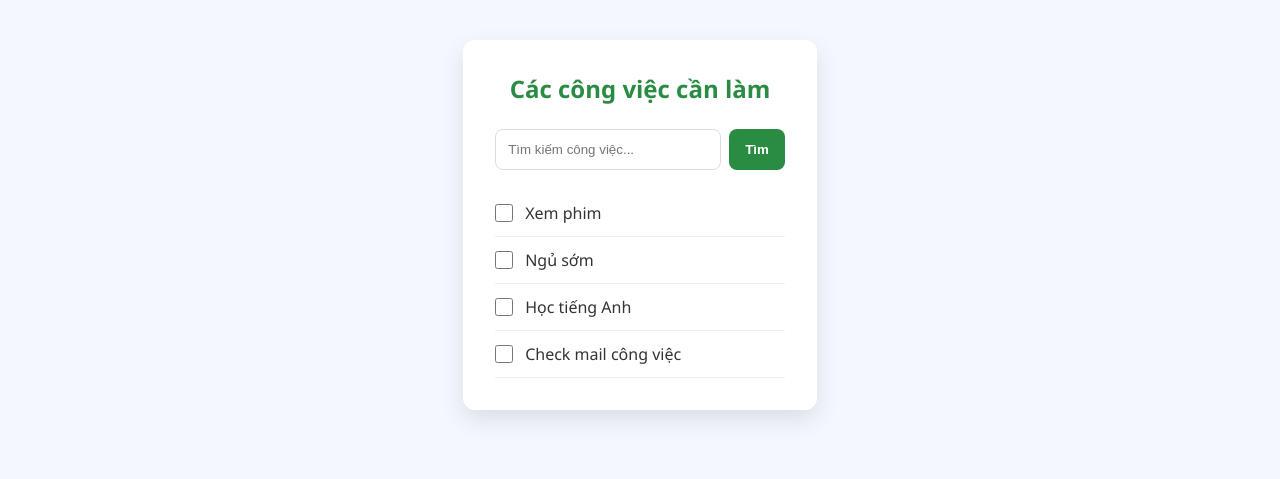
Repository: phuc258/BTVN03-REACT03
Page: /
The author's editor kept a copy of each file at every save. The page is drawn from the files as they stood at one save, then again after a run of saves.
The browser window is 1280 px wide. The pictures show the whole page.
The project was rebuilt for these pictures with package versions that can differ from the ones it lists, and the page was loaded fresh each time. Also part of the build but not shown: vite.config.ts, src/pages/NotFoundPage.tsx, src/pages/LoginPage.tsx.

Above is the page before, as saved 2026-01-18 23:33:21.

### index.html
<!doctype html>
<html lang="en">
  <head>
    <meta charset="UTF-8" />
    <link rel="icon" type="image/svg+xml" href="/vite.svg" />
    <meta name="viewport" content="width=device-width, initial-scale=1.0" />
    <title>btvn03-react-typescript</title>
  </head>
  <body>
    <div id="root"></div>
    <script type="module" src="/src/main.tsx"></script>
  </body>
</html>

### src/App.css
* {
    margin: 0;
    padding: 0;
    box-sizing: border-box;
}

body {
    font-family: 'Segoe UI', Helvetica, Arial, sans-serif;
    background-color: #f4f7fe;
    display: flex;
    justify-content: center;
    align-items: flex-start;
    min-height: 100vh;
    padding: 40px 20px;
}

.card {
    background: white;
    width: 100%;
    max-width: 400px;
    padding: 2rem;
    border-radius: 12px;
    box-shadow: 0 10px 25px rgba(0, 0, 0, 0.1);
}

.title {
    text-align: center;
    color: #2A8C43;
    margin-bottom: 1.5rem;
    font-size: 24px;
}

.search-container {
    display: flex;
    gap: 8px;
    margin-bottom: 20px;
}

.input-wrapper {
    position: relative;
    flex: 1;
}

.clear-btn {
    position: absolute;
    right: 10px;
    top: 50%;
    transform: translateY(-50%);
    background: none;
    border: none;
    color: #999;
    font-size: 18px;
    cursor: pointer;
    padding: 5px;
    line-height: 1;
}

.clear-btn:hover {
    color: #666;
}

.input-search {
    width: 100%;
    padding: 12px 35px 12px 12px;
    border-radius: 8px;
    border: 1px solid #ddd;
    outline: none;
}

.search-container {
    display: flex;
    gap: 8px;
    margin-bottom: 20px;
}

.search-btn {
    padding: 0 16px;
    background-color: #2A8C43;
    color: white;
    border: none;
    border-radius: 8px;
    font-weight: bold;
    cursor: pointer;
}

.todo-list {
    list-style: none;
}

.todo-item {
    display: flex;
    align-items: center;
    gap: 12px;
    padding: 12px 0;
    border-bottom: 1px solid #eee;
}

.todo-item input[type="checkbox"] {
    width: 18px;
    height: 18px;
    cursor: pointer;
    accent-color: #2A8C43;
}

.todo-item span {
    font-size: 16px;
    color: #333;
    cursor: pointer;
}

.todo-item span.done {
    text-decoration: line-through;
    color: #a0aec0;
}

### src/App.tsx
import "./App.css";
import { TodoProvider } from "./context/TodoContext";
import MainRoute from "./routes/MainRoute";

function App() {
  return (
    <TodoProvider>
      <MainRoute />
    </TodoProvider>
  );
}

export default App;

### src/context/TodoContext.tsx
import { createContext, useContext, useState, type ReactNode } from "react";
import type { TodoContextType } from "../interfaces/ITodoContextType";
import type { Todo } from "../interfaces/ITodo";

export const TodoContext = createContext<TodoContextType | undefined>(undefined);

// TodoProvider
export function TodoProvider({ children }: { children: ReactNode }) {
    const initialData: Todo[] = [
        { "name": "Xem phim", "status": false, "id": "1" },
        { "name": "Ngủ sớm", "status": false, "id": "2" },
        { "name": "Học tiếng Anh", "status": false, "id": "3" },
        { "name": "Check mail công việc", "status": false, "id": "4" }
    ];

    const [todos, setTodos] = useState<Todo[]>(initialData);
    const [searchItem, setSearchItem] = useState("");

    const handleToggle = (id: string) => {
        setTodos(prev => prev.map(
            t => t.id === id ? { ...t, status: !t.status } : t
        ))
    }

    return (
        <TodoContext.Provider value={{ todos, searchItem, setSearchItem, handleToggle }}>
            {children}
        </TodoContext.Provider>
    )
}

export const useTodo = () => {
    const context = useContext(TodoContext);
    if (!context)
        throw new Error("useTodo phải nằm trong TodoProvider");
    return context;
}

### src/routes/MainRoute.tsx
import { BrowserRouter, Routes, Route } from "react-router-dom";
import React from "react";

import NotFoundPage from "../pages/NotFoundPage";
import TodoPage from "../pages/TodoPage";
import LoginPage from "../pages/LoginPage";

const MainRoute: React.FC = () => {
    return (
        <BrowserRouter>
            <Routes>
                <Route path="/" element={<TodoPage />} />
                <Route path="/login" element={<LoginPage />} />
                <Route path="*" element={<NotFoundPage />} />
            </Routes>
        </BrowserRouter>
    );
};

export default MainRoute;

### src/pages/TodoPage.tsx
import { useEffect, useState } from "react";
import { useTodo } from "../context/TodoContext"

const TodoPage = () => {
    const { todos, searchItem, setSearchItem, handleToggle } = useTodo();
    const [filteredTodos, setFilteredTodos] = useState(todos);
    const [inputValue, setInputValue] = useState("");

    const handleSearch = () => {
        setSearchItem(inputValue);
    }

    useEffect(() => {
        const result = todos.filter((item) =>
            item.name.toLowerCase().includes(searchItem.toLowerCase())
        )
        setFilteredTodos(result);
    }, [searchItem, todos]);

    return (
        <div className="container">
            <div className="card">
                <h1 className="title">Các công việc cần làm</h1>

                <div className="search-container">
                    <div className="input-wrapper">
                        <input
                            type="text"
                            className="input-search"
                            placeholder="Tìm kiếm công việc..."
                            value={inputValue}
                            onChange={(e) => setInputValue(e.target.value)}
                            onKeyDown={(e) => e.key === 'Enter' && handleSearch()}
                        />
                        {inputValue && (
                            <button
                                className="clear-btn"
                                onClick={() => setInputValue("")}
                                type="button"
                            >
                                ✕
                            </button>
                        )}
                    </div>

                    <button className="search-btn" type="button" onClick={handleSearch}>
                        Tìm
                    </button>
                </div>
                <ul className="todo-list">
                    {filteredTodos.map((item) => (
                        <li key={item.id} className="todo-item">
                            <input
                                type="checkbox"
                                checked={item.status}
                                onChange={() => handleToggle(item.id)}
                            />
                            <span className={item.status ? "done" : ""}>{item.name}</span>
                        </li>
                    ))}
                </ul>

                {filteredTodos.length === 0 && (
                    <p style={{ textAlign: 'center', color: '#999', marginTop: '10px' }}>Không tìm thấy việc nào!</p>
                )}
            </div>
        </div>
    )
}

export default TodoPage

Loaded but not shown: src/main.tsx (common file); tailwind.config.js (common file)

After the next 2 saves:
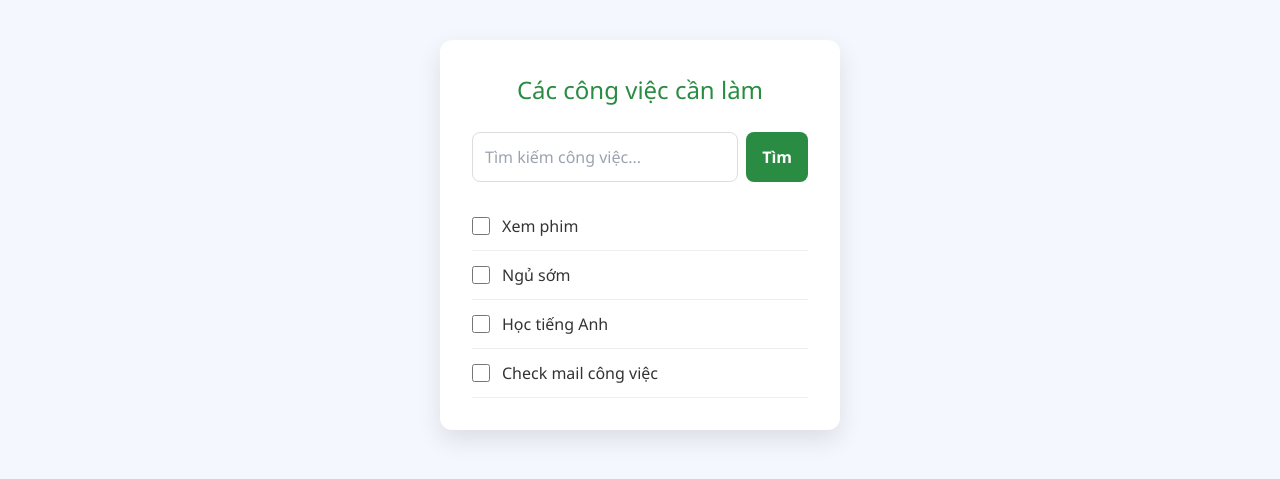
The 2 saves are shown as one change because they came seconds apart.
The last was saved 16 s later.
--- a/src/App.css
+++ b/src/App.css
@@ -1,3 +1,7 @@
+@tailwind base;
+@tailwind components;
+@tailwind utilities;
+
 * {
     margin: 0;
     padding: 0;
